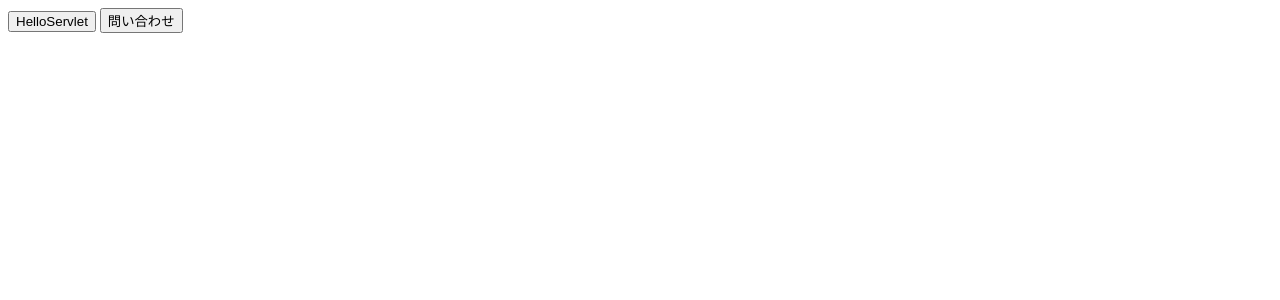
Repository: Zz313s/backup
Page: http://localhost/HelloServlet/
The author's editor kept a copy of each file at every save. The page is drawn from the files as they stood at one save, then again after the next save.
The browser window is 1280 px wide. The pictures show the whole page.
The page is served by Tomcat 9.

Above is the page before, as saved 2017-11-20 11:39:56.

After the next save:
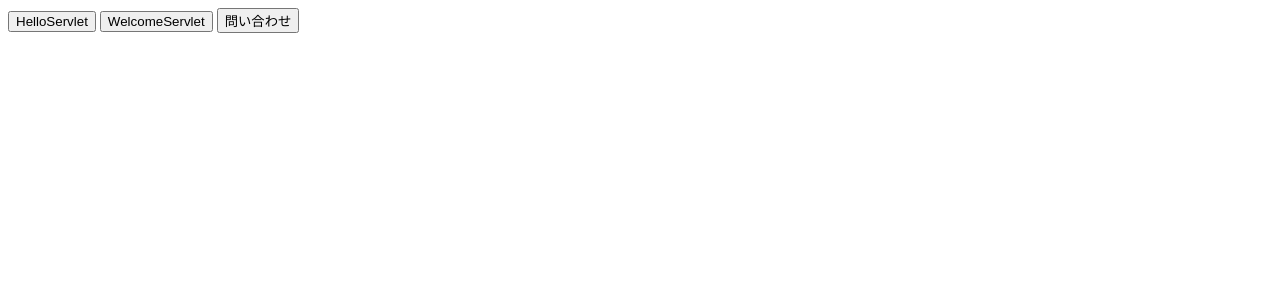
Saved 3 min 15 s later.
--- a/saba/HelloServlet/WebContent/index.jsp
+++ b/saba/HelloServlet/WebContent/index.jsp
@@ -8,6 +8,7 @@
 </head>
 <body>
 <input type="button" value="HelloServlet" onClick="location.href='HelloServlet'">
+<input type="button" value="WelcomeServlet" onClick="location.hre='welcome.jsp'">
 <input type="button" value="問い合わせ" onClick="location.href='welcome.jsp'">
 </body>
 </html>
